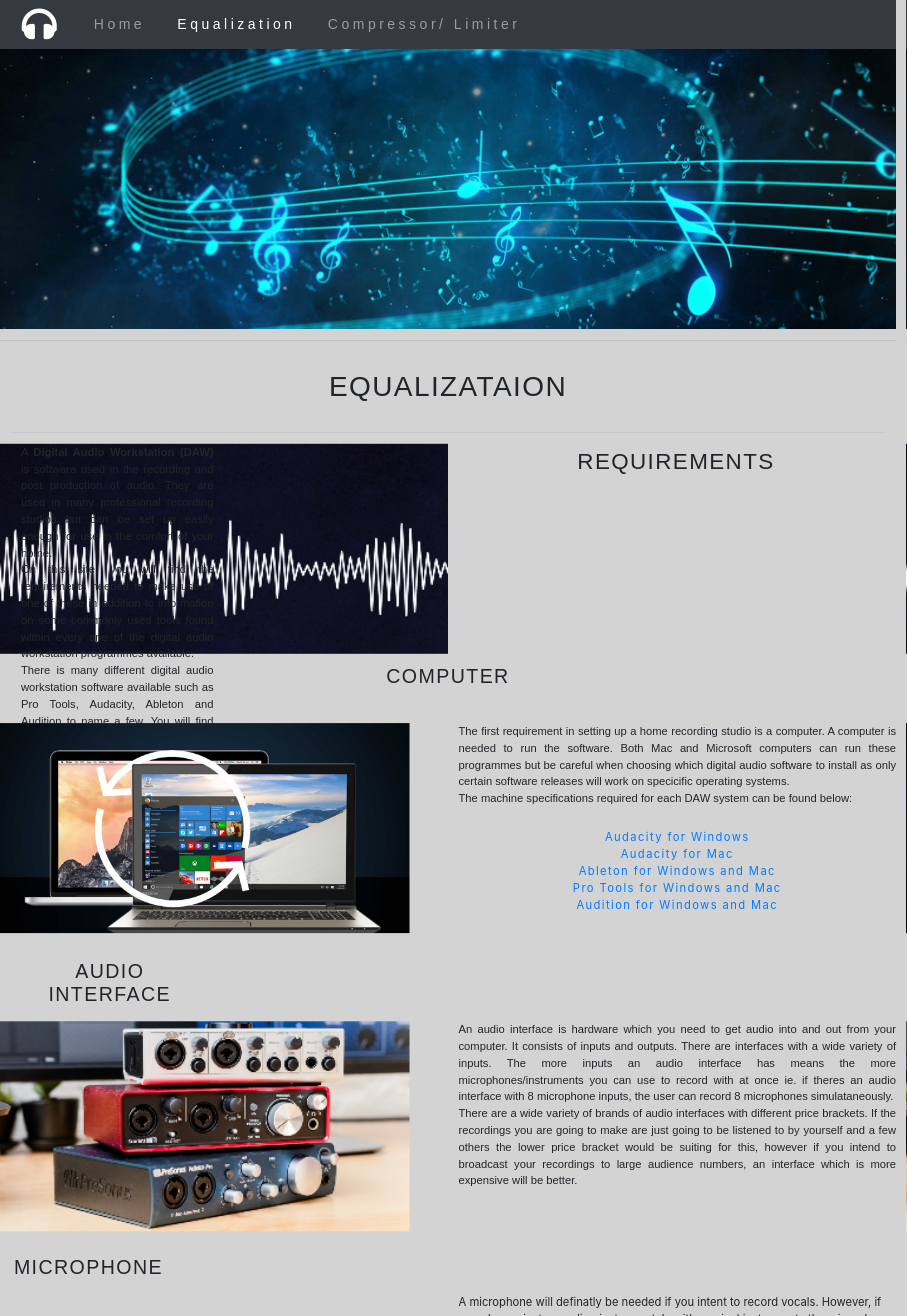
Repository: djjtyn/CIMilestoneProject1
Page: eq.html
The author's editor kept a record of every edit. The page is drawn from the files as they stood at one moment, then again after the next edit.
The browser window is 1280 px wide. The page is 1295 px wide, then 1280 px, so the pictures cover 1295 px, including what lies to the right of the window. The pictures show the part of the page from y = 0 to 1880 px (the page is 2593 px tall before and 2670 px after), at 70% of full size.
Some web libraries are served in a nearby version.

Above is the page before.
Console error (its wording comes from the project's code and is left out).

### eq.html
<!DOCTYPE html>
<html lang="en">
<head>
    <meta charset="UTF-8">
    <meta name="viewport" content="width=device-width, initial-scale=1.0">
    <meta http-equiv="X-UA-Compatible" content="ie=edge">
    <link rel="stylesheet" href="https://stackpath.bootstrapcdn.com/bootstrap/4.3.1/css/bootstrap.min.css" integrity="sha384-ggOyR0iXCbMQv3Xipma34MD+dH/1fQ784/j6cY/iJTQUOhcWr7x9JvoRxT2MZw1T" crossorigin="anonymous">
    <link href="https://cdnjs.cloudflare.com/ajax/libs/font-awesome/5.9.0/css/all.min.css" rel="stylesheet">
    <link rel="stylesheet" href="css/style.css" type="text/css" />
    <title>Digital Audio Workstation</title>
</head>
<body>
  <nav class="navbar navbar-expand-md navbar-dark bg-dark fixed">
            <div class="nav-brand">
                <i class="fas fa-headphones"></i>
            </div>
            <button class="navbar-toggler" type="button" data-toggle="collapse" data-target="#navbarResponsive" aria-hidden="true">
                <span class="navbar-toggler-icon"></span>
            </button>

            <div class="collapse navbar-collapse" id="navbarResponsive">
                <ul class="navbar-nav mr-auto">
                    <li class="nav-item">
                        <a class="nav-link" href="index.html">Home</a>
                    </li>
                      <li class="nav-item">
                        <a class="nav-link active" href="eq.html">Equalization</a>
                    </li>
                      <li class="nav-item">
                        <a class="nav-link" href="compressor.html">Compressor/ Limiter</a>
                    </li>
                </ul>
            </div>
        </nav> <!--NAVBAR-->

  <div class="no-gutters common-img "></div>                                  <!--COMMON PIC-->

  <hr>
                                                                            <!--MAIN-->
  <section class="container-fluid">
    <div class="row">
      <div class="col-12">
        <h1>EQUALIZATAION</h1>
      </div>
    </div>
    <hr>

    <div class="row">
      <div class="col-12 col-md-6 eq">

      <div class="col-12 col-md-6">
        <p>A <b>Digital Audio Workstation (DAW)</b> is software used in the recording and post production of audio. They are used in many professional recording studios but can be set up easily enough for use in the comfort of your home.<br>
        On this site, you will find the requirements needed to make use of one of these in addition to information on some commonly used tools found within every one of the digital audio workstation programmes available.<br>
          There is many different digital audio workstation software available such as Pro Tools, Audacity, Ableton and Audition to name a few. You will find icons for the four software programmes I have named. Each icon is a link, which upon clicking, will take you to a page containing information for each individual program and features for each one. Every one  of these software programmes have their own strengths and weaknesses but all will work well with recording or improving audio quality for basic home recordings.</p>
      </div>       <!--ICON TXT-->
    </div>                                                <!--ICONS & ICON TXT-->

    <hr>

    <div class="row">
      <div class="col-12">
        <h2>Requirements</h2>
      </div>

    </div>                            <!--Requirements-->

    <hr>

    <div class="row comp">
      <div class="col-12">
        <h3>Computer</h3>
      </div>

      <div class="col-12 col-md-6 computer"></div>
      <div class="col-12 col-md-6">
      <p>The first requirement in setting up a home recording studio is a computer. A computer is needed to run the software. Both Mac and Microsoft computers can run these programmes but be careful when choosing which digital audio software to install as only certain software releases will work on specicific operating systems.<br>
                   The machine specifications required for each DAW system can be found below:
                   <ul>
                       <li><a href="https://www.audacityteam.org/download/windows/#sysreq" target="_blank">Audacity for Windows</a></li>
                       <li><a href="https://www.audacityteam.org/download/mac/" target="_blank">Audacity for Mac</a></li>
                       <li><a href="https://help.ableton.com/hc/en-us/articles/115001663530-Live-10-Minimum-System-Requirements" target="_blank">Ableton for Windows and Mac</a></li>
                       <li><a href="http://avid.force.com/pkb/articles/compatibility/Pro-Tools-System-Requirements" target="_blank">Pro Tools for Windows and Mac</a></li>
                       <li><a href="https://helpx.adobe.com/ie/audition/system-requirements.html"target="_blank">Audition for Windows and Mac</a>
                    </ul>
                </p>
      </div>
    </div>


    <div class="row">
      <div class="col-12">
        <h3>Audio Interface</h3>
      </div>
    </div>

    <div class="row int">
      <div class="col-12 col-md-6 interface"></div>
      <div class="col-12 col-md-6">
        <p>An audio interface is hardware which you need to get audio into and out from your computer. It consists of inputs and outputs. There are interfaces with a wide variety of inputs. The more inputs an audio interface has means the more microphones/instruments you can use to record with at once ie. if theres an audio interface with 8 microphone inputs, the user can record 8 microphones simulataneously.<br>
          There are a wide variety of brands of audio interfaces with different price brackets. If the recordings you are going to make are just going to be listened to by yourself and a few others the lower price bracket would be suiting for this, however if you intend to broadcast your recordings to large audience numbers, an interface which is more expensive will be better.</p>
      </div>
    </div>

    <div class="row">
      <div class="col-12">
        <h3>Microphone</h3>
      </div>
    </div>

    <div class="row int">
      <div class="col-12 col-md-6 microphone"></div>
      <div class="col-12 col-md-6">
        A microphone will definatly be needed if you intent to record vocals. However, if you plan on just recording instrumentals with musical instruments the microphone may not be needed, as most amplifiers for electric instruments have line out capibilities that allow a 3/4 jack to be inserted ad routed direct to the interface,
        There is a wide variety of microphones which are dynamic microphones, condensor microphones and ribbon microphones.
      </div>
    </div>



  </section>



  <footer class="container-fluid links">
    <h5 class="uppercase">Useful Sites</h5>
    <div class="sos">
      <h6>Sound on Sound:</h6>
    <a href="https://www.soundonsound.com/" target="_blank"> <i class="fas fa-globe"></i></a>
    <a href="https://www.youtube.com/channel/UCFw2zGrdiLLAwbNQra1vtnA" target="_blank"><i class="fab fa-youtube"></i></a>
    <a href="https://www.facebook.com/soundonsoundmag/" target="_blank"><i class="fab fa-facebook"></i></a>
    </div>
    <div class="mwthm">
      <h6>Mix with the Masters:</h6>
    <a href="https://mixwiththemasters.com/" target="_blank"><i class="fas fa-globe"></i></a>
    <a href="https://www.youtube.com/user/MixWithTheMASTERS" target="_blank"><i class="fab fa-youtube"></i></a>
      <a href="https://www.facebook.com/MixWithTheMasters/" target="_blank"><i class="fab fa-facebook"></i></a>
    </div>
     <div class="pa">
      <h6>Production Advice:</h6>
    <a href="https://productionadvice.co.uk/" target="_blank"><i class="fas fa-globe"></i></a>
    <a href="https://www.youtube.com/channel/UCMFrnWIF6N5YtOZzmCGP16A" target="_blank"><i class="fab fa-youtube"></i></a>
     <a href="https://www.facebook.com/ProductionAdvice/" target="_blank"><i class="fab fa-facebook"></i></a>
    </div>

    <div class="copy">
      <small>&copy; Copyright 2019, Example Corporation</small>
    </div>




    </footer>

</body>
<script src="https://cdnjs.cloudflare.com/ajax/libs/jquery/3.2.1/jquery.min.js"></script>
<script src="https://cdnjs.cloudflare.com/ajax/libs/twitter-bootstrap/4.0.0-alpha.6/js/bootstrap.min.js"></script>
</html>

### css/style.css
h1, h2, h3 {
    text-align: center;
    font-family: Arial;
    padding: 5;
    margin:2%;
    letter-spacing: 2px;
    text-transform: uppercase;
}

h3{
    padding: 15px;
}

p{
    text-align: justify;
    font-family: Arial;
}


/*-------------------------------------------------NAVBAR---*/

nav{
    height: 70px;
    font-size: 20px;
    color: #fff;
}

.fa-headphones{
    padding-left: 15px;
    padding-right:15px;
    margin-right: 15px;
    font-size: 50px;
}

nav ul li {
    padding:15px;
    font-family: Arial;
    letter-spacing: 5px;}

/*-------------------------------------------------COMMON IMG---*/
.common-img {
    height: 400px;
    width: 100%;
    background-image: url("../images/bg.jpg");
    background-size: cover;
    background-repeat: no-repeat;
    background-position: center;
   width: 100%;
   }


/*-------------------------------------------------MAIN---*/
h1, h2, h3 {
    text-align: center;
}

body{
    background-color: #d3d3d3;
}

.pro-tools, .ableton, .audacity, .audition {
    display: inline-block;
    padding: 2%;
}

.icons {
    text-align: center;}


/*-------------------------------------------------Requirements--*/
.comp h3{
    margin-bottom:35px;
    margin-top:0;
}

.comp ul {
    text-align:center;
    padding:15px;
}



.comp .fa-apple-alt{
    padding:10px;
}

.computer {
    width: 356px;
    height: 300px;
    background-image: url("../images/computer.jpg");
    background-size: contain;
    background-repeat: no-repeat;
    }




.interface{
    background-image: url("../images/interface.jpg");
     height: 300px;
     width:100%;
    background-size: contain;
    background-repeat: no-repeat;}

.microphone{
    background-image: url("../images/microphones.png");
     height: 300px;
    background-size: contain;
    background-repeat: no-repeat;
    background-position:center;

}

.comp, .mic, .int{
    margin-bottom:15px;
   }

ul{
    list-style: none;
    letter-spacing: 2px;
}


/*-------------------------------------------------FOOTER---*/


footer {
    background-color: #000;
    margin-top:5%;


}

h5 {
    font-family: Arial;
    color: #fff;
    letter-spacing: 2px;
    text-decoration: underline;
    font-weight: 300;
    padding: 15px;
    margin: 5;
}

h6 {
    font-family: Arial;
    letter-spacing: 2px;
    color: white;
    font-size: 15px;
}

.links a, .links, h6 {
    display: inline-block;
    padding: 10px;}

footer i {
    height: 30px;
    width: 20px;
    color: #fff;
    padding: 15px;
    margin: 15px;
    transition-timing-function: ease-in-out;
    transition-duration: .5s;
}

.copy{
    color: #fff;
    text-align: center;
    margin-top: 20px;
}

footer i:hover {
  color: red;
}

 /*-------------------------------------------------EQ---*/
 .eq{
     background-image: url("../images/EQ.png");
     background-size: cover;
     background-repeat: no-repeat;
     height: 300px;
     width:100%;
 }

 .oneband {
     background-image: url("../images/1band.png");
     background-size: contain;
     background-repeat: no-repeat;
     background-position: center;
     width:100%;
 }

 .sevenband{
     background-image: url("../images/7band.jpg");
     width:100%
     background-size: contain;
     background-repeat: no-repeat;
     background-position: center;


 }

After the next edit:
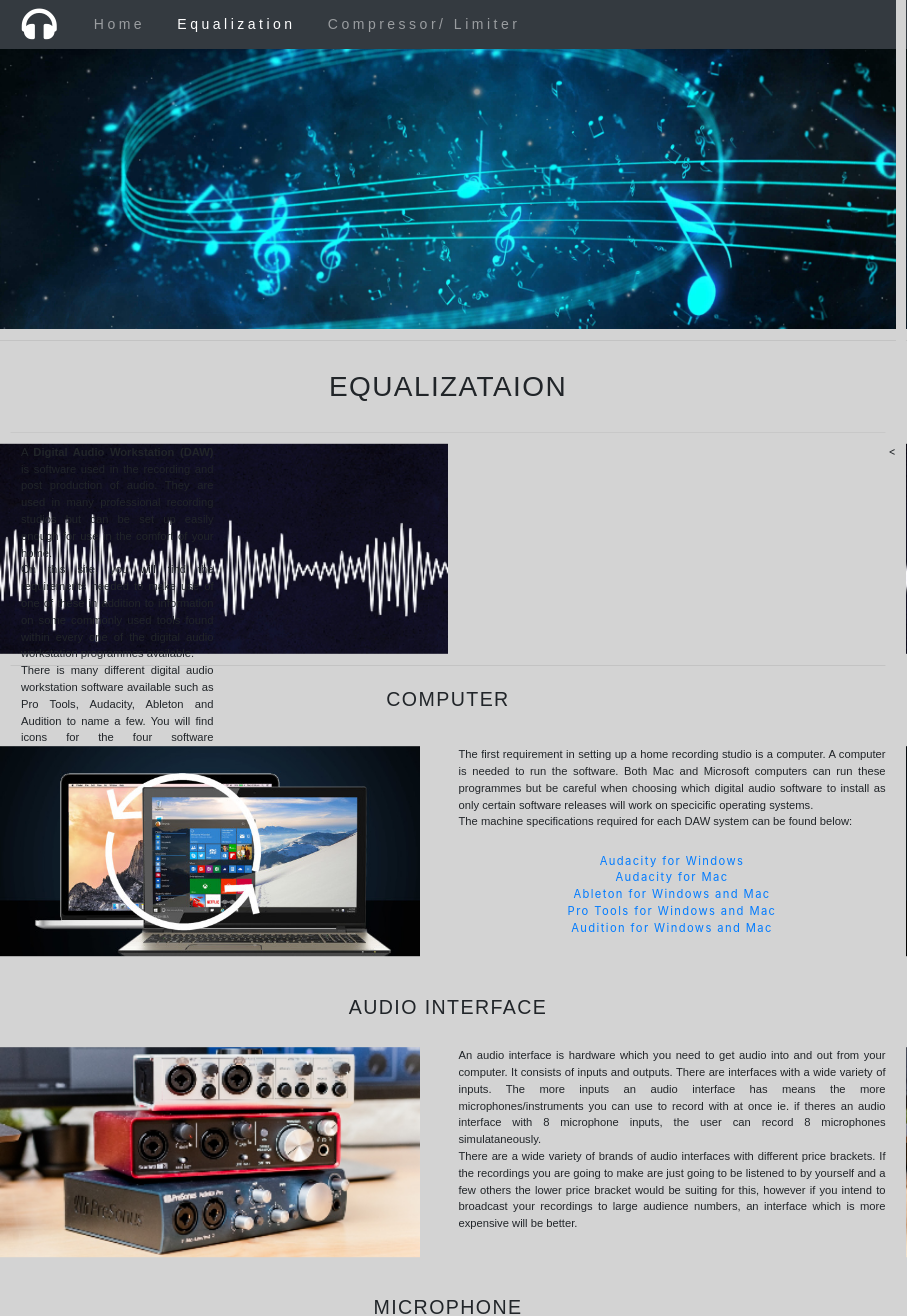
The edit:
--- a/eq.html
+++ b/eq.html
@@ -57,10 +57,7 @@
 
     <hr>
 
-    <div class="row">
-      <div class="col-12">
-        <h2>Requirements</h2>
-      </div>
+    <
 
     </div>                            <!--Requirements-->
 
